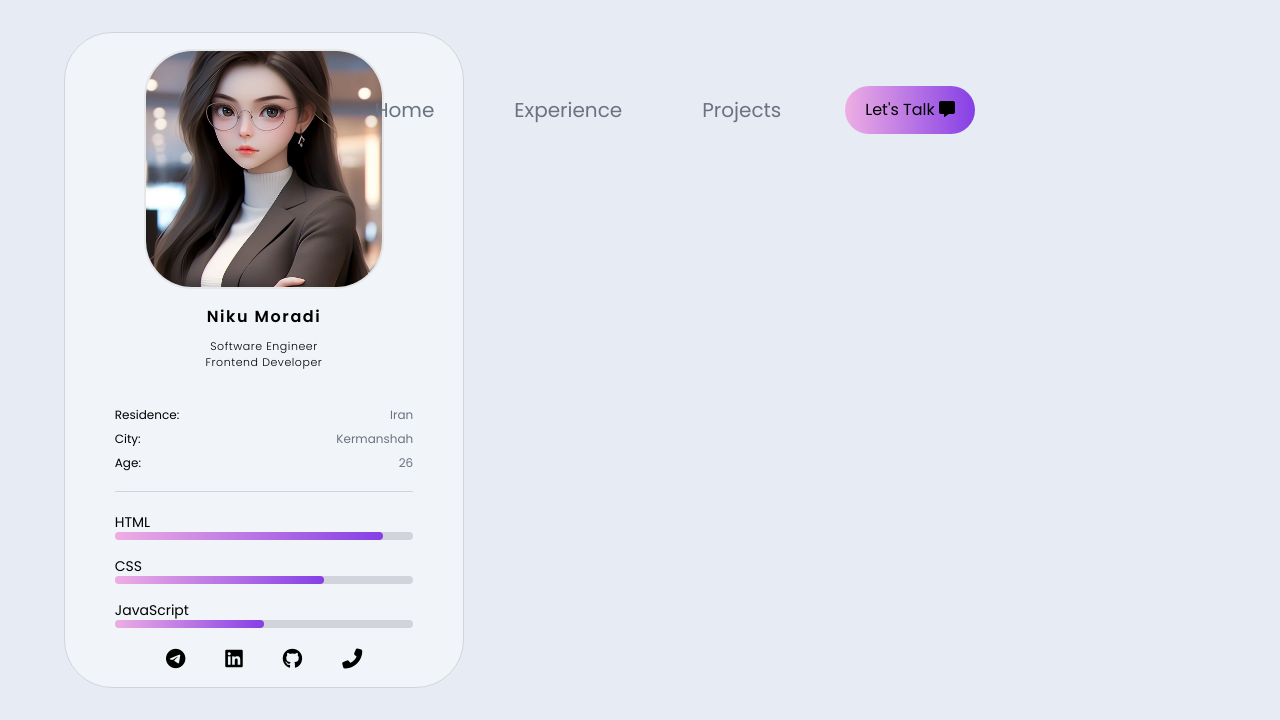
Repository: NikuMoradi/niku-moradi
Page: /
These files come from the project's save history. The page is drawn as it stood at one moment and after the next save; the edit follows.
The browser window is 1280 px wide. The pictures show the whole page.
The project was rebuilt for these pictures with package versions that can differ from the ones it lists, and the page was loaded fresh each time. The framework's server and built-in components were replaced by stand-ins that run in the browser. Also part of the build but not shown: nuxt.config.ts, components/Blog Posts/Component-Design.vue, components/Blog.vue, components/Contact.vue, components/Education.vue, components/Experience.vue, components/Hero.vue, components/Menu.vue and 3 more.

Above is the page before, as saved 2024-12-01 11:54:47.

### assets/css/main.css
@tailwind base;
@tailwind components;
@tailwind utilities;
@layer base {
  body {
    background-color: #e6ebf4;
  }
}

@layer utilities {
  .bg-primary-gradient {
    background: linear-gradient(
      90deg,
      rgba(238, 174, 227, 1) 0%,
      rgb(133, 63, 230) 100%
    );
  }

  .text-primary-gradient {
    background: linear-gradient(
      90deg,
      rgba(238, 174, 227, 1) 0%,
      rgb(133, 63, 230) 100%
    );
  }
}

### components/LeftPanel.vue
<template>
  <div
    class="text-black w-[400px] flex flex-col items-center bg-slate-100 border border-gray-300 rounded-4xl"
    style="height: calc(100vh - 4rem)"
  >
    <!-- Header-->
    <div class="w-full py-4 flex flex-col items-center justify-center">
      <img
        src="../assets/img/photo_2024-11-28_10-37-05.jpg"
        alt="Profile Picture"
        class="w-60 h-60 mb-5 border-2 object-cover object-center rounded-4xl"
      />
      <h2
        class="text-[16px] font-semibold tracking-widest leading-[16.8px] mb-3"
      >
        Niku Moradi
      </h2>
      <p class="text-[11px] font-light tracking-wider leading-[16.5px]">
        Software Engineer
      </p>
      <p class="text-[11px] font-light tracking-wider leading-[16.5px]">
        Frontend Developer
      </p>
    </div>

    <!-- middle -->
    <div class="w-3/4 flex flex-col overflow-y-auto scrollbar-hide">
      <!-- table -->
      <div class="py-5 text-xs border-b border-gray-300 mb-5">
        <ul class="space-y-2">
          <li class="flex justify-between">
            <h6>Residence:</h6>
            <span class="text-gray-500">Iran</span>
          </li>
          <li class="flex justify-between">
            <h6>City:</h6>
            <span class="text-gray-500">Kermanshah</span>
          </li>
          <li class="flex justify-between">
            <h6>Age:</h6>
            <span class="text-gray-500">26</span>
          </li>
        </ul>
      </div>
      <!-- Skill Bars -->
      <div class="space-y-4 pb-5 border-b border-gray-300 mb-5">
        <div>
          <label class="block text-sm">HTML</label>
          <div class="w-full bg-gray-300 h-2 rounded-full">
            <div class="bg-primary-gradient h-2 rounded-full w-[90%]"></div>
          </div>
        </div>
        <div>
          <label class="block text-sm">CSS</label>
          <div class="w-full bg-gray-300 h-2 rounded-full">
            <div class="bg-primary-gradient h-2 rounded-full w-[70%]"></div>
          </div>
        </div>
        <div>
          <label class="block text-sm">JavaScript</label>
          <div class="w-full bg-gray-300 h-2 rounded-full">
            <div class="bg-primary-gradient h-2 rounded-full w-[50%]"></div>
          </div>
        </div>
        <div>
          <label class="block text-sm">Vue.js</label>
          <div class="w-full bg-gray-300 h-2 rounded-full">
            <div class="bg-primary-gradient h-2 rounded-full w-[50%]"></div>
          </div>
        </div>
        <div>
          <label class="block text-sm">Nuxt.js</label>
          <div class="w-full bg-gray-300 h-2 rounded-full">
            <div class="bg-primary-gradient h-2 rounded-full w-[40%]"></div>
          </div>
        </div>
        <div>
          <label class="block text-sm">Quasar</label>
          <div class="w-full bg-gray-300 h-2 rounded-full">
            <div class="bg-primary-gradient h-2 rounded-full w-[70%]"></div>
          </div>
        </div>
        <div>
          <label class="block text-sm">Tailwind</label>
          <div class="w-full bg-gray-300 h-2 rounded-full">
            <div class="bg-primary-gradient h-2 rounded-full w-[60%]"></div>
          </div>
        </div>
      </div>
      <!-- General Skills -->
      <ul
        class="text-gray-500 text-[11px] font-light tracking-wider space-y-2 mb-5"
      >
        <li class="flex items-center">
          <i class="fas fa-check fa-xs text-fuchsia-600 mr-2"></i>
          English Level B2
        </li>
        <li class="flex items-center">
          <i class="fas fa-check fa-xs text-fuchsia-600 mr-2"></i>
          Git Knowledge
        </li>
        <li class="flex items-center">
          <i class="fas fa-check fa-xs text-fuchsia-600 mr-2"></i>
          Design Patterns
        </li>
      </ul>
    </div>

    <!-- Social Links -->
    <div class="w-full py-4 text-center mt-auto">
      <div class="space-x-10">
        <a
          href="https://t.me/yourusername"
          target="_blank"
          class="hover:text-blue-400"
        >
          <i class="fab fa-telegram fa-lg"></i>
        </a>
        <a
          href="https://linkedin.com/in/yourusername"
          target="_blank"
          class="hover:text-blue-600"
        >
          <i class="fab fa-linkedin fa-lg"></i>
        </a>
        <a
          href="https://github.com/yourusername"
          target="_blank"
          class="hover:text-gray-700"
        >
          <i class="fab fa-github fa-lg"></i>
        </a>
        <a href="tel:+1234567890" class="hover:text-green-400">
          <i class="fas fa-phone-alt fa-lg"></i>
        </a>
      </div>
    </div>
  </div>
</template>

### components/Navbar.vue
<template>
  <div
    class="flex items-center px-3 py-1 space-x-12 fixed top-20 right-20 w-2/3"
  >
    <!-- About -->

    <NuxtLink
      to="/about"
      class="py-3 px-4 text-xl text-gray-500"
      exact-active-class="border border-gray-400 rounded-3xl font-semibold tracking-wide text-zinc-800"
    >
      Home
    </NuxtLink>

    <!-- Experience -->
    <NuxtLink
      to="/experience"
      class="py-3 px-4 text-xl text-gray-500"
      exact-active-class="border border-gray-400 rounded-3xl font-semibold tracking-wide text-zinc-800"
    >
      Experience
    </NuxtLink>

    <!-- Projects -->
    <NuxtLink
      to="/projects"
      class="py-3 px-4 text-xl text-gray-500"
      exact-active-class="border border-gray-400 rounded-3xl font-semibold tracking-wide text-zinc-800"
    >
      Projects
    </NuxtLink>
    <!-- Blog -->
    <button class="py-3 px-5 rounded-3xl text- bg-primary-gradient">
      Let's Talk
      <i class="fa fa-message"></i>
    </button>
  </div>
</template>

### layouts/default.vue
<template>
  <div class="w-6xl min-h-screen flex items-center px-16">
    <LeftPanel />
    <Navbar />
    <!-- Fixed Width Centered Card -->
    <!-- <div
      class="w-full max-w-5xl overflow-hidden z-10"
      style="height: calc(100vh)"
    > -->
    <!-- Scrollable Content -->
    <!-- <div class="overflow-y-auto h-full scrollbar-hide"> -->
    <NuxtPage />
    <!-- </div> -->
    <!-- </div> -->
  </div>
</template>

<style scoped></style>

### app.vue
<!-- The app.vue is just holding the layout container and serving as the root.
 The default.vue layout handles the overall structure of the page.
All content from your pages will automatically be placed inside the NuxtPage slot of the layout.-->
<template>
  <NuxtLayout />
</template>

### pages/index.vue
<template></template>

<style></style>

### tailwind.config.js
/** @type {import('tailwindcss').Config} */
export default {
  content: [
    "./components/**/*.{js,vue,ts}",
    "./layouts/**/*.vue",
    "./pages/**/*.vue",
    "./plugins/**/*.{js,ts}",
    "./app.vue",
    "./error.vue",
  ],
  theme: {
    extend: {
      fontFamily: {
        sans: ["Poppins", "sans-serif"],
      },
      borderRadius: {
        "4xl": "3rem", // Custom rounded size
      },
    },
  },
  plugins: [require("tailwind-scrollbar-hide")],
};

Loaded but not shown: plugins/aos.client.js (no copy from this time; the picture is the same without it)

After the next save:
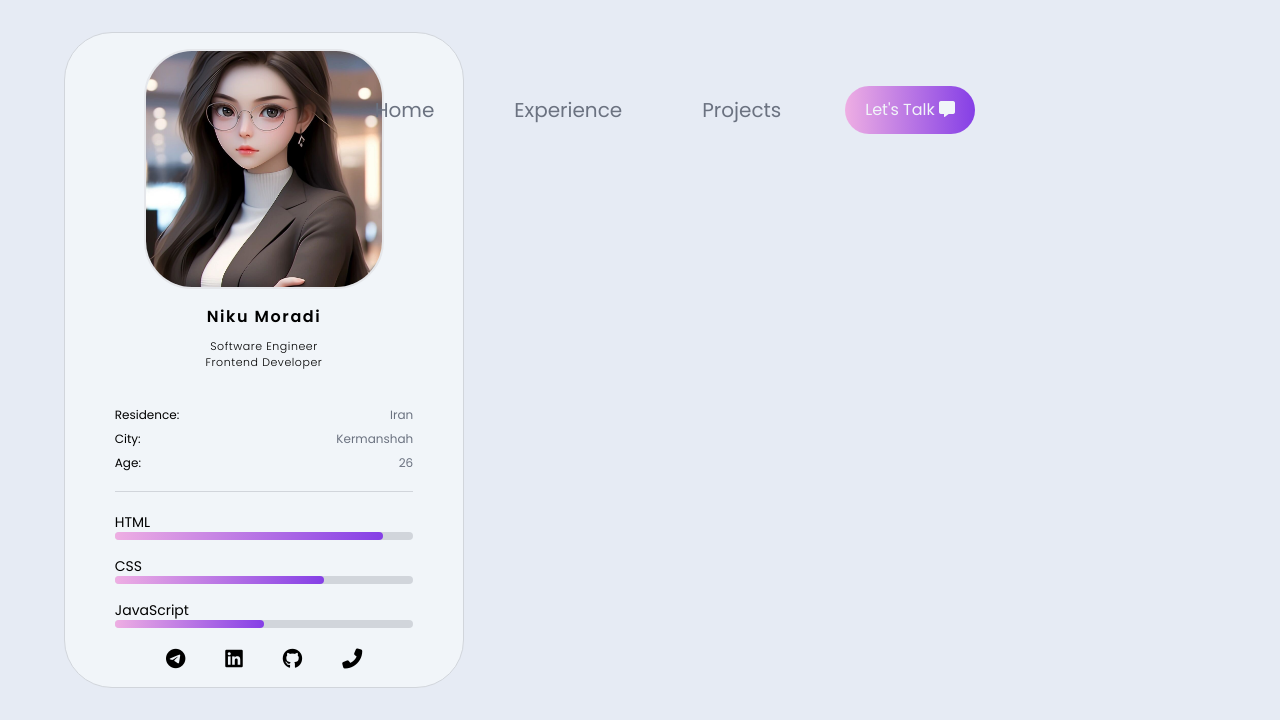
Saved 42 s later.
--- a/components/Navbar.vue
+++ b/components/Navbar.vue
@@ -30,7 +30,7 @@
       Projects
     </NuxtLink>
     <!-- Blog -->
-    <button class="py-3 px-5 rounded-3xl text- bg-primary-gradient">
+    <button class="py-3 px-5 rounded-3xl text-slate-100 bg-primary-gradient">
       Let's Talk
       <i class="fa fa-message"></i>
     </button>
